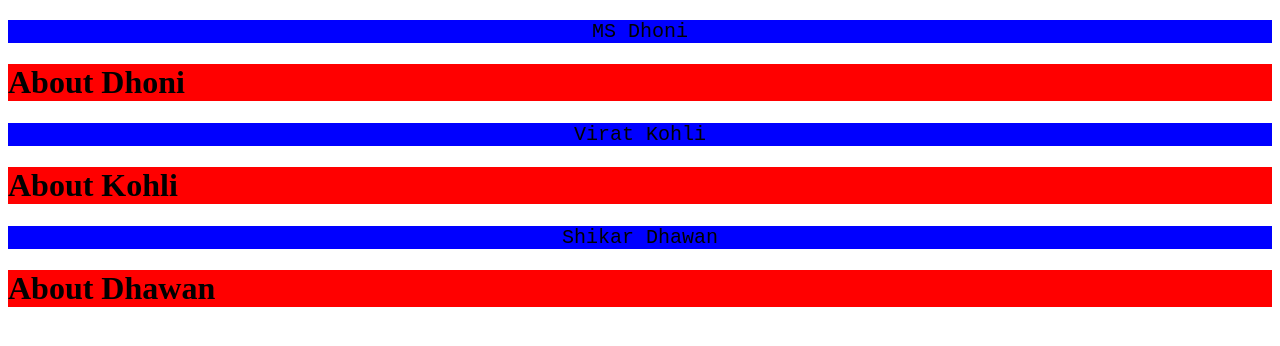
Repository: abhishek110597/Deloitte
Page: Workspace/JavaTraining/players.html
An editor plug-in stored every save of this project. The page is shown before and after the next save, followed by the edit.
The browser window is 1280 px wide. The pictures show the whole page.

Above is the page before, as saved 2019-12-31 04:09:06.

After the next save:
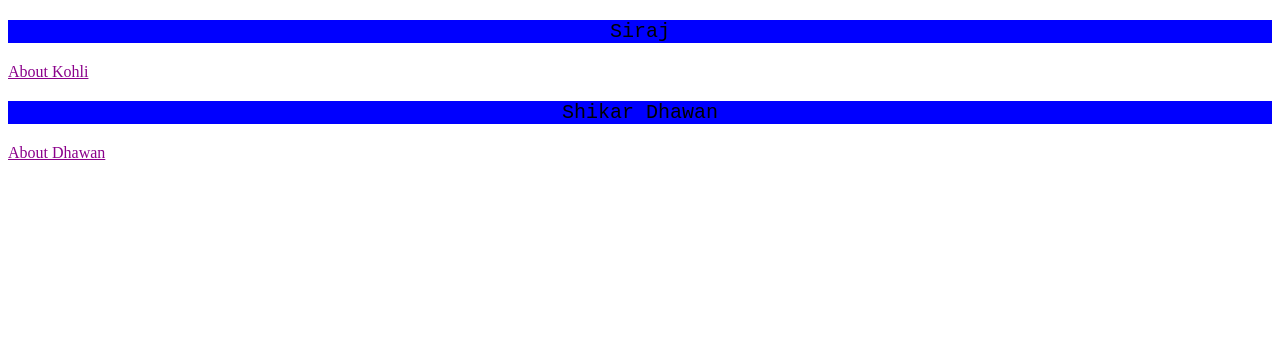
Saved 20 s later.
--- a/Workspace/JavaTraining/players.html
+++ b/Workspace/JavaTraining/players.html
@@ -1,34 +1,19 @@
 <!DOCTYPE html>
 <html>
 <head>
-<style type="text/css">
-p{
-background-color: blue;
-text-align: center;
-font-family : monospace;
-font-size : 20px;
-}
+<link type="text/css" rel="stylesheet" href="style.css">
 
-h1{
-background-color: red ;
-}
 
-body{
-background-image : url("product.jpg") no-repeat
-}
-
-</style>
+</link>
 <title>Players</title>
 </head>
 <body>
-<p>MS Dhoni</p>
-<h1>About Dhoni</h1>
 
-<p>Virat Kohli</p>
-<h1>About Kohli</h1>
+<p class ="bowlers batsman">Siraj</p>
+<a href="ViratKohli.html">About Kohli</a></h1>
 
-<p>Shikar Dhawan</p>
-<h1>About Dhawan</h1>
+<p class="batsman">Shikar Dhawan</p>
+<a href="login.html">About Dhawan</a>
 
 </body>
 </html>
